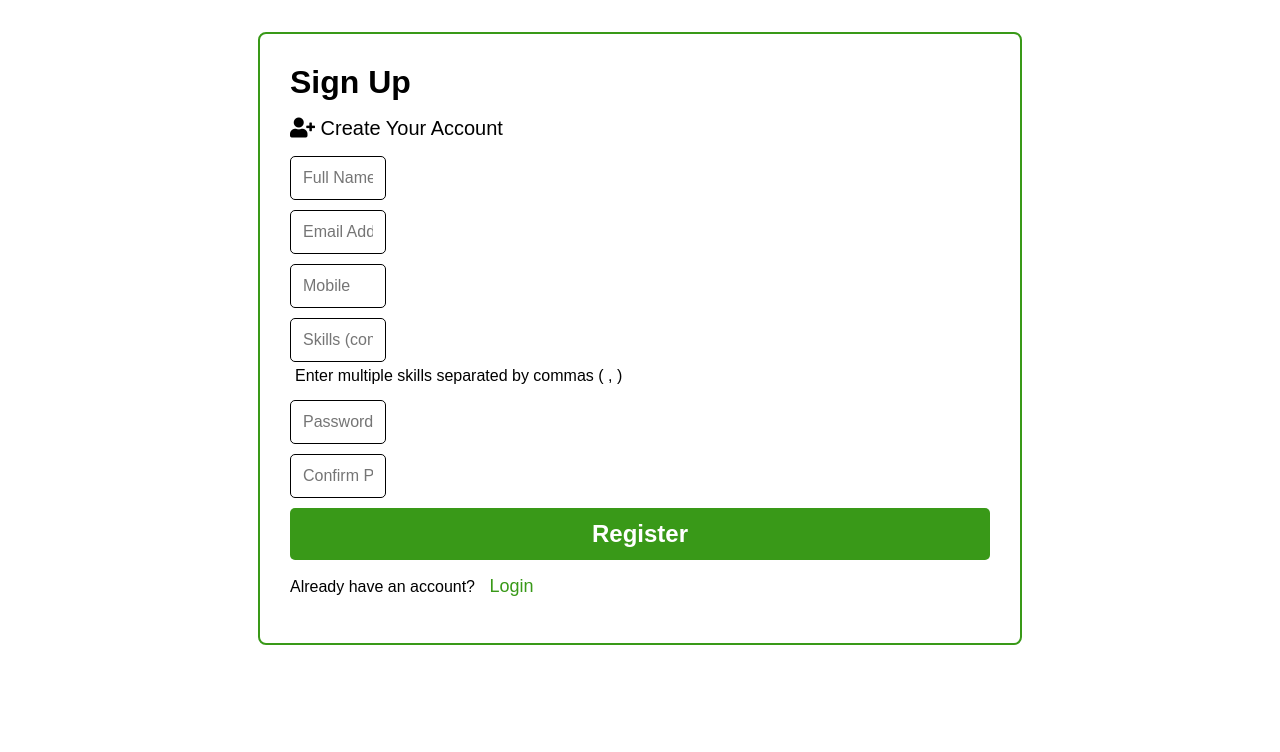
Repository: sayyad-mukthumsa-123/DevMania
Page: /register (app in frontend/)
These files come from the project's save history. The page is drawn as it stood at one moment and after the next save; the edit follows.
The browser window is 1280 px wide. The pictures show the whole page.
The project was rebuilt for these pictures with package versions that can differ from the ones it lists, and the page was loaded fresh each time. Also part of the build but not shown: frontend/src/pages/Home.js, frontend/src/pages/login.js, frontend/src/pages/Allprofiles.js, frontend/src/pages/MyProfile.js, frontend/src/pages/Indprofile.js.

Above is the page before, as saved 2025-02-28 23:57:31.

After the next save:
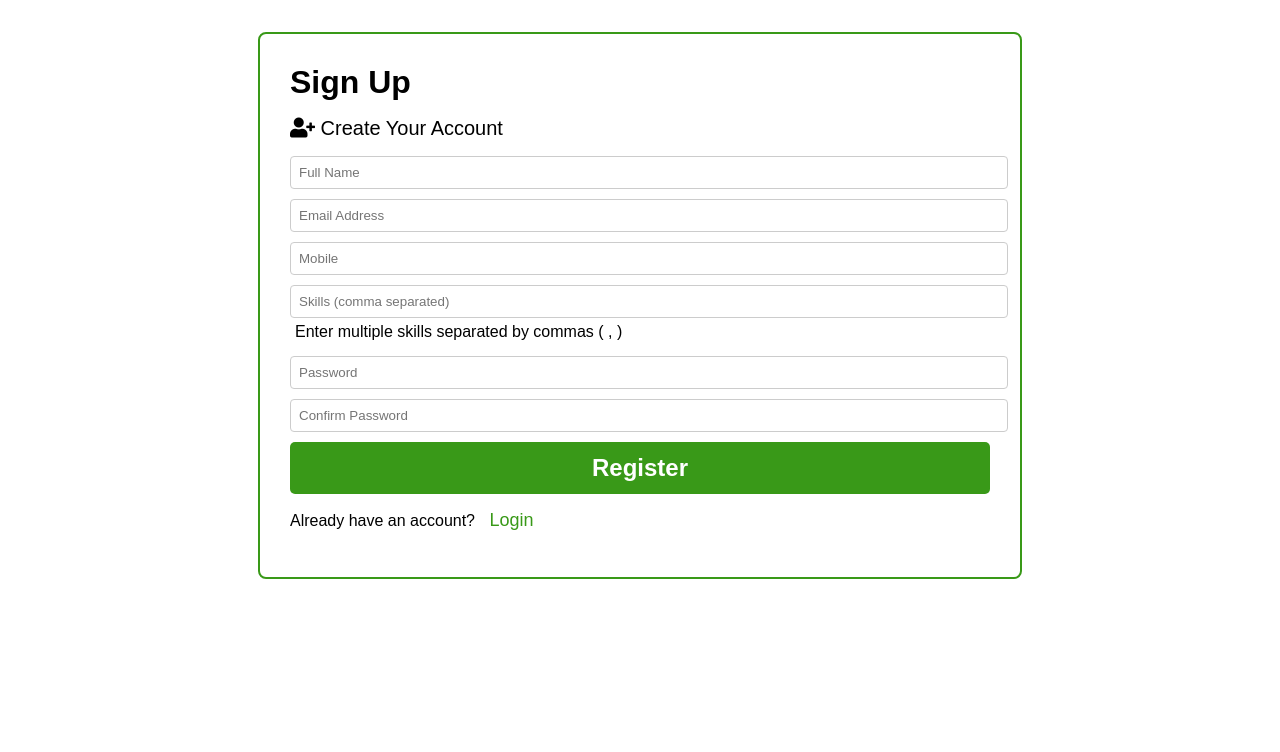
Saved 12 s later.
--- a/frontend/src/styles/styles.css
+++ b/frontend/src/styles/styles.css
@@ -209,14 +209,14 @@ body, html {
 {
   margin:5px !important;
 }
-.form-group input {
+/* .form-group input {
   width: 10%;
   padding: 0.75rem;
   font-size: 1rem;
   border: 1px solid black;
   border-radius: 5px;
   transition: border-color 0.3s ease-in-out, box-shadow 0.3s ease-in-out;
-}
+} */
 
 .form-group input:focus {
   border-color: #f6f7f9;
@@ -386,12 +386,12 @@ p {
   margin-bottom: 10px;
 }
 
-/* .form-group input {
+.form-group input {
   width: 100%;
   padding: 0.5rem;
   border: 1px solid #ccc;
   border-radius: 0.25rem;
-} */
+}
 
 .form-group input:focus {
   border-color: #007bff;
